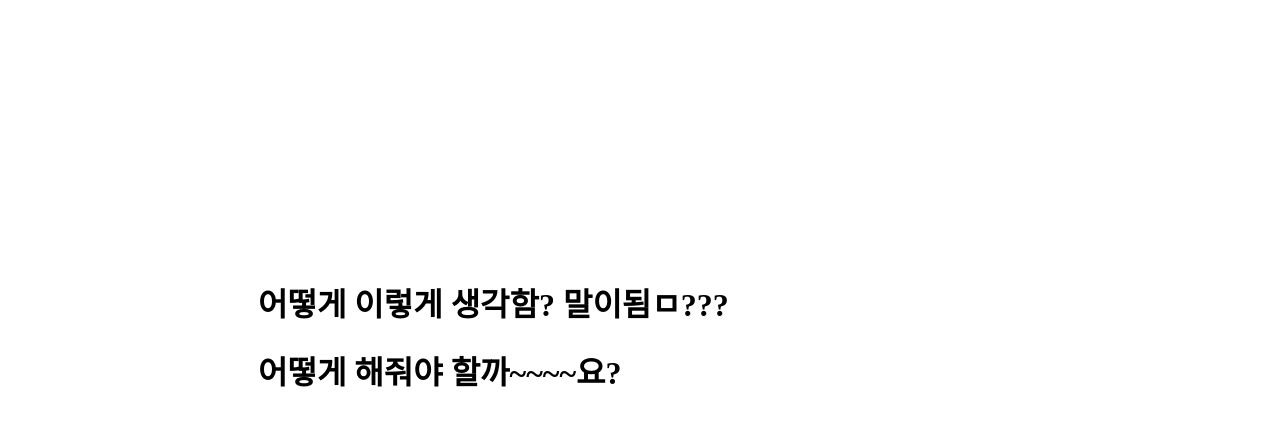
Repository: sehyeongrace/web-workspace
Page: BurgerKingProject/src/main/webapp/static/Request_Page.html
An editor plug-in stored every save of this project. The page is shown before and after the next save, followed by the edit.
The browser window is 1280 px wide. The pictures show the whole page.

Above is the page before, as saved 2025-03-07 08:25:47.

After the next save:
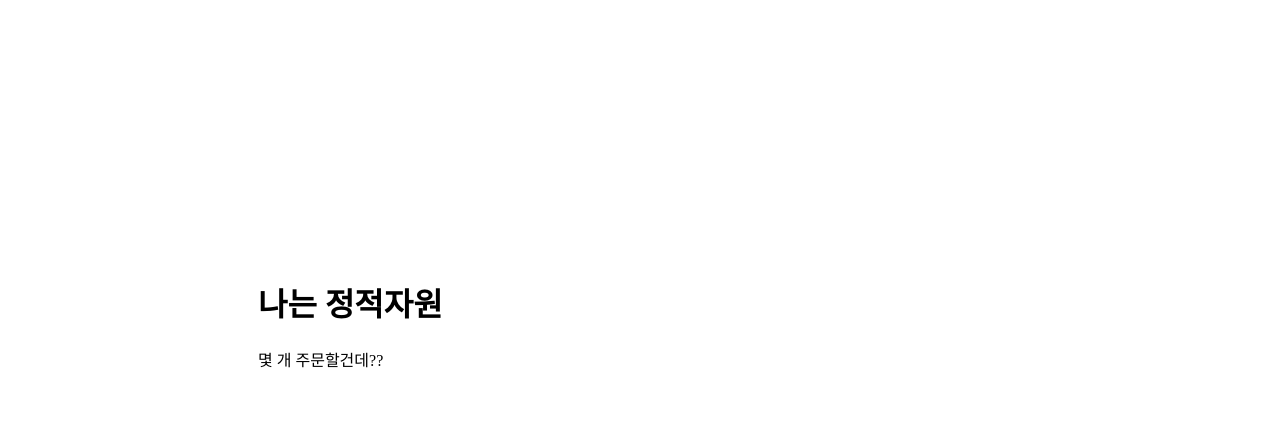
Saved 12 min 38 s later.
--- a/BurgerKingProject/src/main/webapp/static/Request_Page.html
+++ b/BurgerKingProject/src/main/webapp/static/Request_Page.html
@@ -11,9 +11,9 @@
 </head>
 <body>
 
-	<h1>어떻게 이렇게 생각함? 말이됨ㅁ???</h1>
+	<h1>나는 정적자원</h1>
 
-	<h1>어떻게 해줘야 할까~~~~요?</h1>
+		몇 개 주문할건데??
 
 
 </body>
